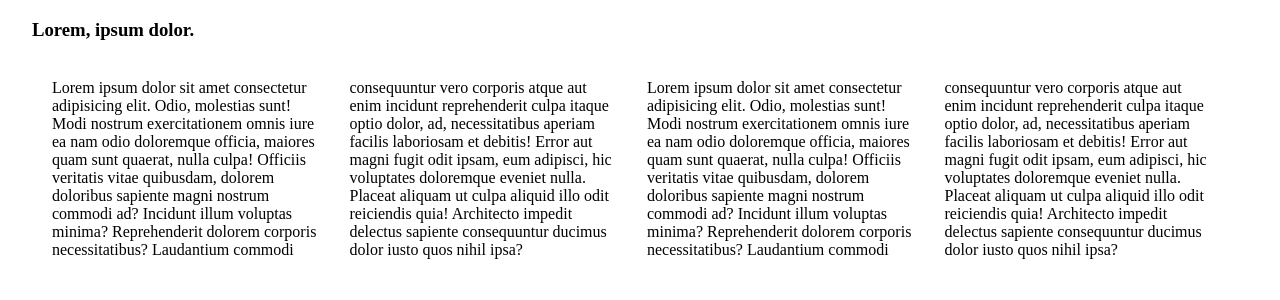
Repository: dinhhaidh/slider-book
Page: index.html
The author's editor kept a copy of each file at every save. The page is drawn from the files as they stood at one save, then again after the next save.
The browser window is 1280 px wide. The pictures show the whole page.

Above is the page before, as saved 2024-01-15 09:54:09.

After the next save:
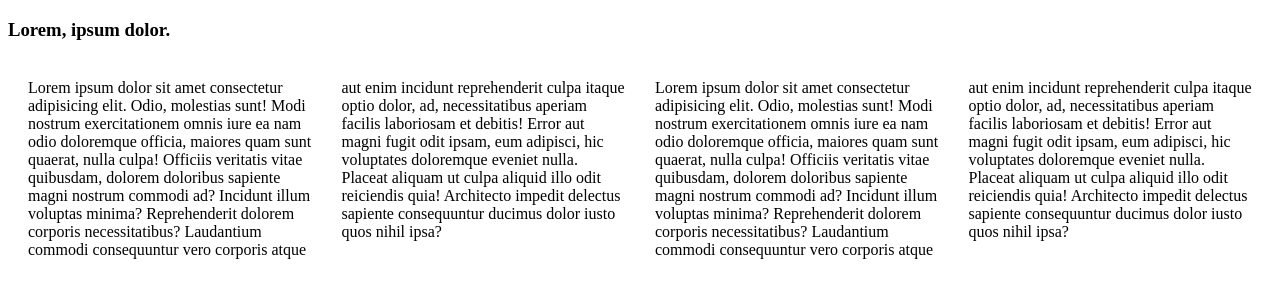
Saved 19 s later.
--- a/index.html
+++ b/index.html
@@ -6,10 +6,6 @@
     <title>Document</title>
 </head>
 <style>
-    .container{
-        max-width: 1200px;
-        padding-inline:  1.5rem;
-    }
     .content{
         columns: 200px 4;
         column-gap: 30px;
